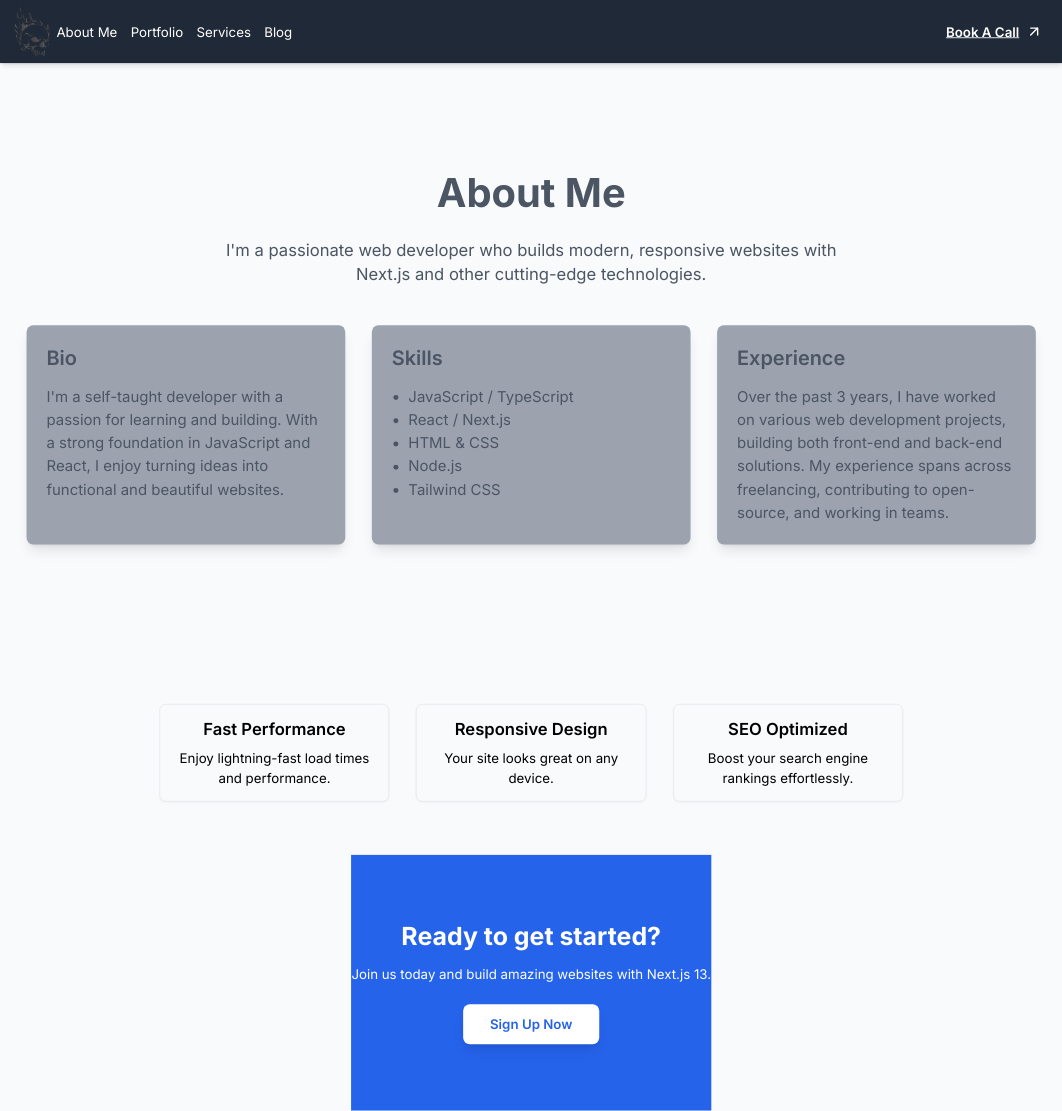
Repository: TheSecretlifeOfX/landing1
Page: /
These files come from the project's save history. The page is drawn as it stood at one moment and after the next save; the edit follows.
The browser window is 1280 px wide. The pictures show the whole page, at 83% of full size.
The project was rebuilt for these pictures with package versions that can differ from the ones it lists, and the page was loaded fresh each time. The framework's server and built-in components were replaced by stand-ins that run in the browser. Also part of the build but not shown: next.config.js.

Above is the page before, as saved 2024-11-14 16:41:44.

### app/layout.tsx
import Link from 'next/link'
import './globals.css'
import type { Metadata } from 'next'
import { Inter } from 'next/font/google'

import Navbar from "@/app/components/Navbar";


const inter = Inter({ subsets: ['latin'] })

export const metadata: Metadata = {
  title: 'Create Next App',
  description: 'Generated by create next app',
}

export default function RootLayout({
  children,
}: {
  children: React.ReactNode
}) {
  return (
    <html lang="en">
      <body className={inter.className}>
      <nav>
        <Navbar />
      </nav>
      {children}</body>
    </html>
  )
}

### app/page.tsx
import HeroSection from "@/app/components/HeroSection";
import FeaturesSection from "@/app/components/FeaturesSection";
import CallToAction from "@/app/components/CallToAction";

// app/page.tsx
export default function Home() {
  return (
    <main className="flex flex-col items-center justify-center min-h-screen px-4 bg-gray-50">
      <HeroSection />
      <FeaturesSection />
      <CallToAction />
    </main>
  );
}

### app/components/Navbar.tsx
// src/components/Navbar.tsx
import React from "react";
import Link from "next/link";
import Image from "next/image";

export default function Navbar() {
  return (
    <nav className="fixed top-0 left-0 w-full bg-gray-800 p-2 text-white shadow-md z-50">
      <div className="container mx-auto flex items-center">
        {/* Logo Section on the Left */}
        <div className="flex items-center" mr-10>
          <Link href="/">
            <Image
              src="/Images/Logo.png"
              alt="MyBrand Logo"
              width={60}
              height={60}
              className="cursor-pointer"
              priority
            />
          </Link>
        </div>

        {/* Navigation Links Centered */}
        <ul className="flex space-x-4">
          <li>
            <a href="#hero" className="hover:text-gray-400">
              About Me
            </a>
          </li>
          <li>
            <a href="#features" className="hover:text-gray-400">
              Portfolio
            </a>
          </li>
          <li>
            <a href="#" className="hover:text-gray-400">
              Services
            </a>
          </li>
          <li>
            <a href="#" className="hover:text-gray-400">
              Blog
            </a>
          </li>
        </ul>

        {/* "Book A Call" Button on the Right */}
        <ul className="flex items-center ml-auto">
  <li>
    <a
      href="#contact"
      className="flex items-center px-4 py-2 text-white font-semibold rounded-lg hover:bg-gray-700 transition duration-300 underline"
    >
      Book A Call
      <svg
        xmlns="http://www.w3.org/2000/svg"
        viewBox="0 0 24 24"
        fill="none"
        stroke="currentColor"
        strokeWidth="2"
        className="w-5 h-5 ml-2"
      >
        <path
          d="M7 17L17 7M7 7h10v10"
          strokeLinecap="round"
          strokeLinejoin="round"
        />
      </svg>
    </a>
  </li>
</ul>
      </div>
    </nav>
  );
}

### app/components/HeroSection.tsx
// components/HeroSection.tsx
export default function HeroSection() {
  return (
    <section
      id="hero"
      className="w-full py-32 bg-white-600 text-gray-600 flex flex-col items-center justify-center mt-20"
    >
      <h1 className="text-5xl font-bold mb-8">About Me</h1>
      <p className="text-xl mb-12 max-w-3xl text-center">
        I'm a passionate web developer who builds modern, responsive websites with Next.js and other cutting-edge technologies.
      </p>

      {/* About Me Cards */}
      <div className="grid grid-cols-1 sm:grid-cols-2 lg:grid-cols-3 gap-8 px-4">
        {/* Card 1 - Bio */}
        <div className="bg-gray-400 text-black-600 rounded-lg shadow-lg p-6 hover:shadow-xl transition duration-300">
          <h3 className="text-2xl font-semibold mb-4">Bio</h3>
          <p className="text-lg">
            I'm a self-taught developer with a passion for learning and building. With a strong foundation in JavaScript and React, I enjoy turning ideas into functional and beautiful websites.
          </p>
        </div>

        {/* Card 2 - Skills */}
        <div className="bg-gray-400 text-black-600 rounded-lg shadow-lg p-6 hover:shadow-xl transition duration-300">
          <h3 className="text-2xl font-semibold mb-4">Skills</h3>
          <ul className="text-lg list-disc pl-5">
            <li>JavaScript / TypeScript</li>
            <li>React / Next.js</li>
            <li>HTML & CSS</li>
            <li>Node.js</li>
            <li>Tailwind CSS</li>
          </ul>
        </div>

        {/* Card 3 - Experience */}
        <div className="bg-gray-400 text-black-600 rounded-lg shadow-lg p-6 hover:shadow-xl transition duration-300">
          <h3 className="text-2xl font-semibold mb-4">Experience</h3>
          <p className="text-lg">
            Over the past 3 years, I have worked on various web development projects, building both front-end and back-end solutions. My experience spans across freelancing, contributing to open-source, and working in teams.
          </p>
        </div>
      </div>
    </section>
  );
}

### app/components/FeaturesSection.tsx
// components/FeaturesSection.tsx
export default function FeaturesSection() {
    return (
      <section id="features" className="py-16">
        <div className="max-w-4xl mx-auto grid grid-cols-1 md:grid-cols-3 gap-8">
          <Feature
            title="Fast Performance"
            description="Enjoy lightning-fast load times and performance."
          />
          <Feature
            title="Responsive Design"
            description="Your site looks great on any device."
          />
          <Feature
            title="SEO Optimized"
            description="Boost your search engine rankings effortlessly."
          />
        </div>
      </section>
    );
  }

  function Feature({ title, description }: { title: string; description: string }) {
    return (
      <div className="text-center p-4 border rounded-lg shadow-sm">
        <h3 className="text-xl font-semibold mb-2">{title}</h3>
        <p>{description}</p>
      </div>
    );
  }

### app/components/CallToAction.tsx
// components/CallToAction.tsx
export default function CallToAction() {
    return (
      <section id="contact" className="py-20 text-center bg-blue-600 text-white">
        <h2 className="text-3xl font-bold mb-4">Ready to get started?</h2>
        <p className="mb-6">Join us today and build amazing websites with Next.js 13.</p>
        <button className="px-8 py-3 bg-white text-blue-600 font-semibold rounded-lg shadow-lg hover:bg-gray-100">
          Sign Up Now
        </button>
      </section>
    );
  }

Loaded but not shown: app/globals.css (common file); tailwind.config.js (common file)

After the next save:
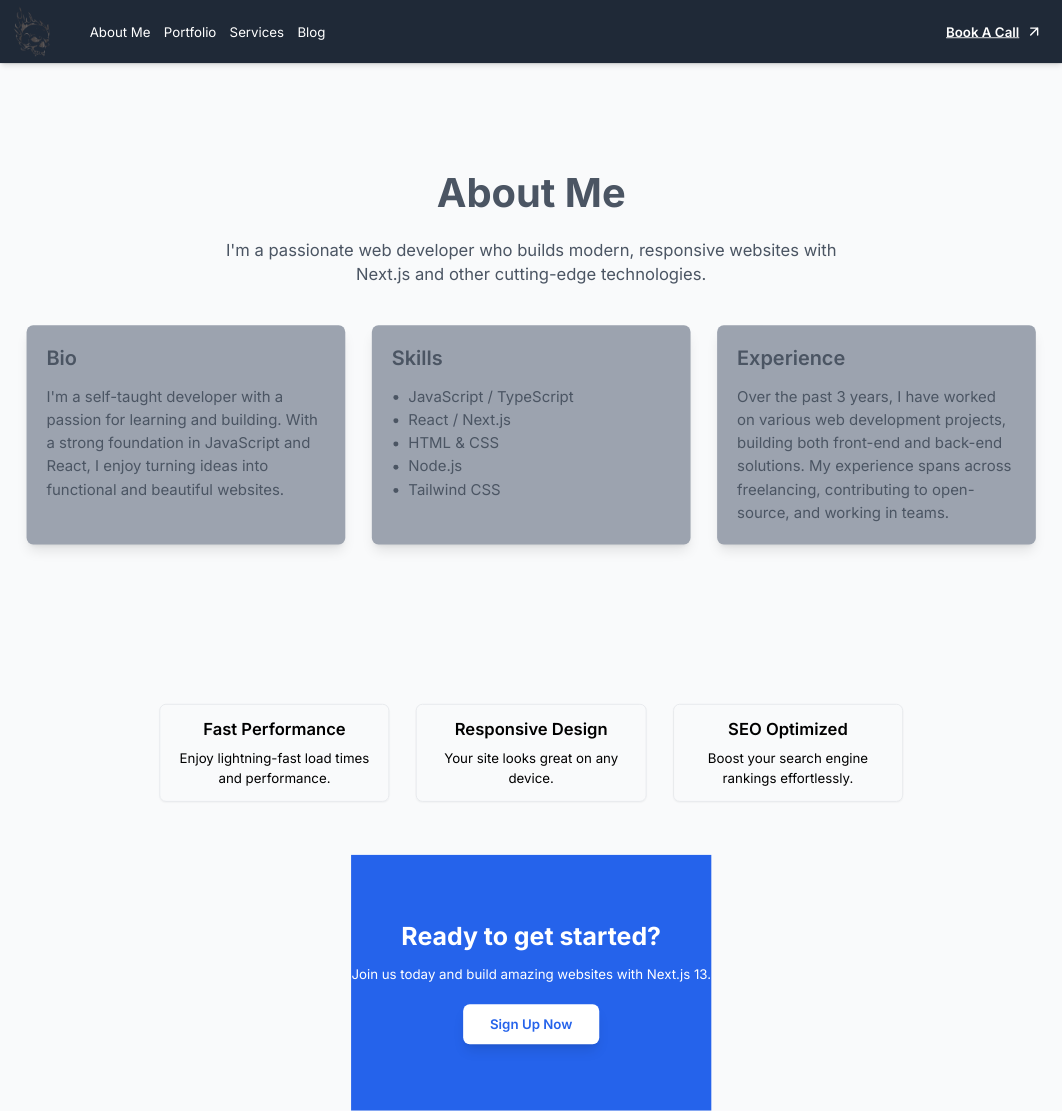
Saved 37 s later.
--- a/app/components/Navbar.tsx
+++ b/app/components/Navbar.tsx
@@ -8,7 +8,7 @@ export default function Navbar() {
     <nav className="fixed top-0 left-0 w-full bg-gray-800 p-2 text-white shadow-md z-50">
       <div className="container mx-auto flex items-center">
         {/* Logo Section on the Left */}
-        <div className="flex items-center" mr-10>
+        <div className="flex items-center mr-10">
           <Link href="/">
             <Image
               src="/Images/Logo.png"
